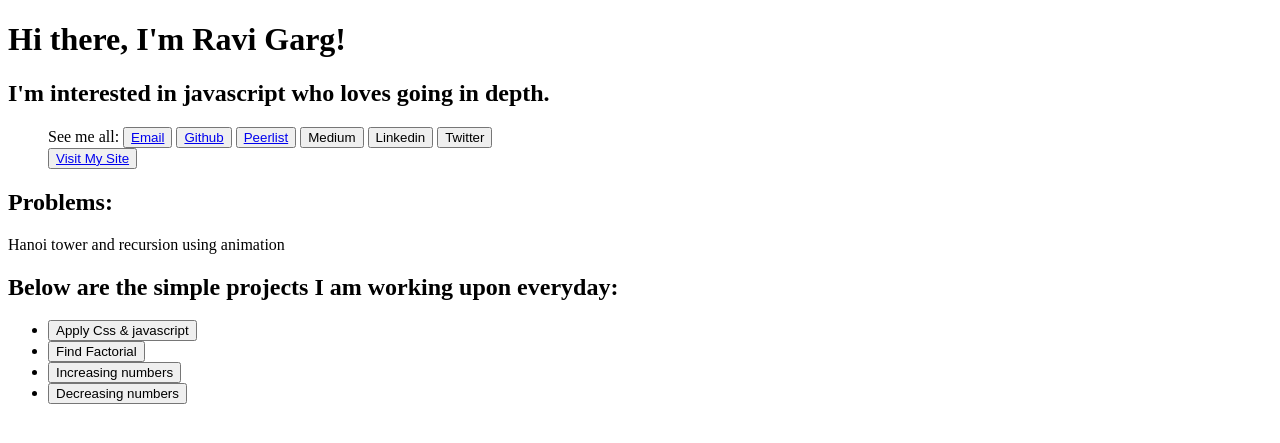
Repository: ravigarg001/musafir
Page: index.html
The author's editor kept a copy of each file at every save. The page is drawn from the files as they stood at one save, then again after a run of saves.
The browser window is 1280 px wide. The pictures show the whole page.

Above is the page before, as saved 2022-05-02 23:37:17.

After the next 2 saves:
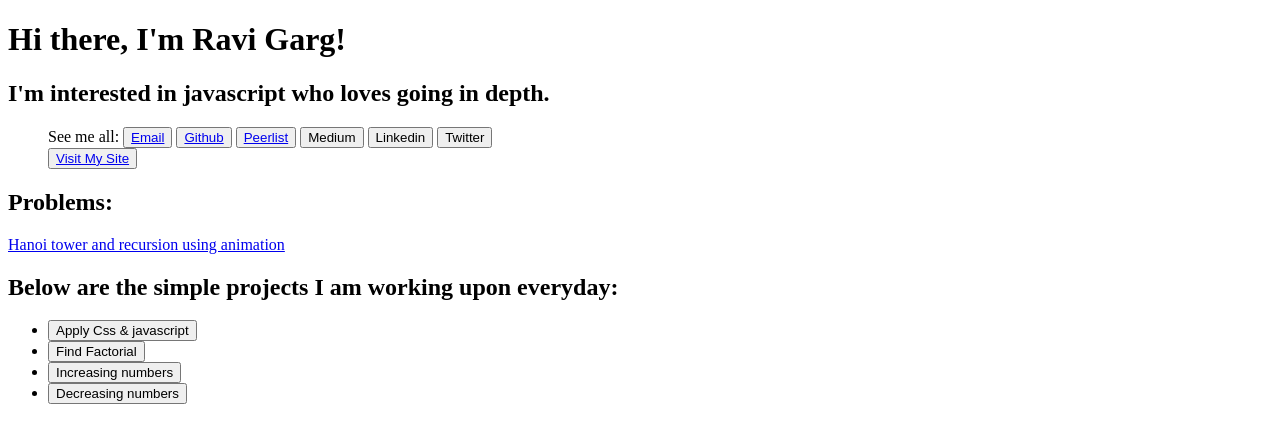
The 2 saves are shown as one change because they came seconds apart.
The last was saved 7 s later.
--- a/index.html
+++ b/index.html
@@ -26,7 +26,7 @@
 </ul>
 </footer>
 <h2>Problems:</h2>
-<p><a>Hanoi tower and recursion using animation</a></p>
+<p><a href="https://youtu.be/ngCos392W4w?list=PLpXOY-RxVRTM_-Lvss2ezy1lVl6VUrzW2">Hanoi tower and recursion using animation</a></p>
 <h2>Below are the simple projects I am working upon everyday:</h2>
 <ul class="projects">
   <li><button class="cssAdder" onclick="addCssAndJs()">Apply Css & javascript</button></li>
